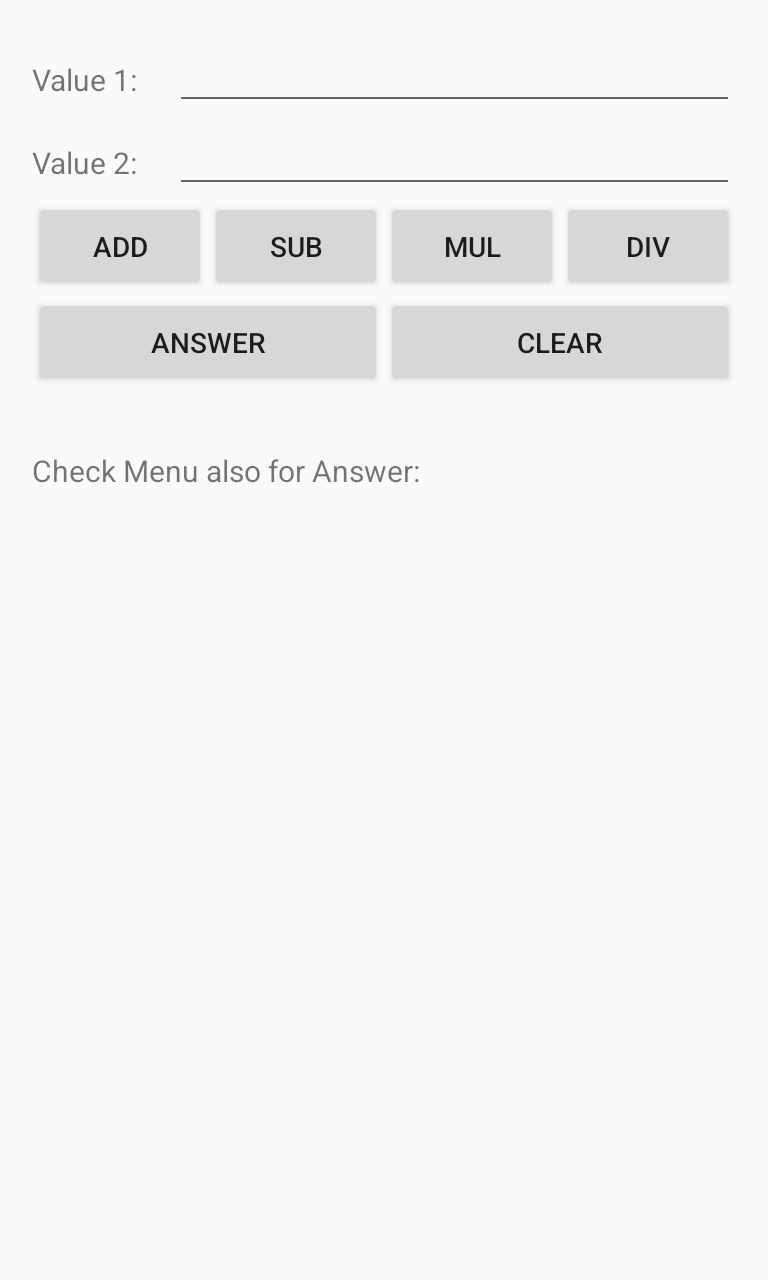
Repository: tamilkarun/Android
Layout: Calc/res/layout/fragment_main.xml
The author's editor kept a copy of each file at every save. The layout is drawn from the files as they stood at one save, then again after the next save.
It is drawn on a 768 x 1280 px phone screen (xhdpi) without system bars, with theme AppTheme; the app's code is not run.

Above is the layout before, as saved 2014-05-14 06:59:54.

After the next save:
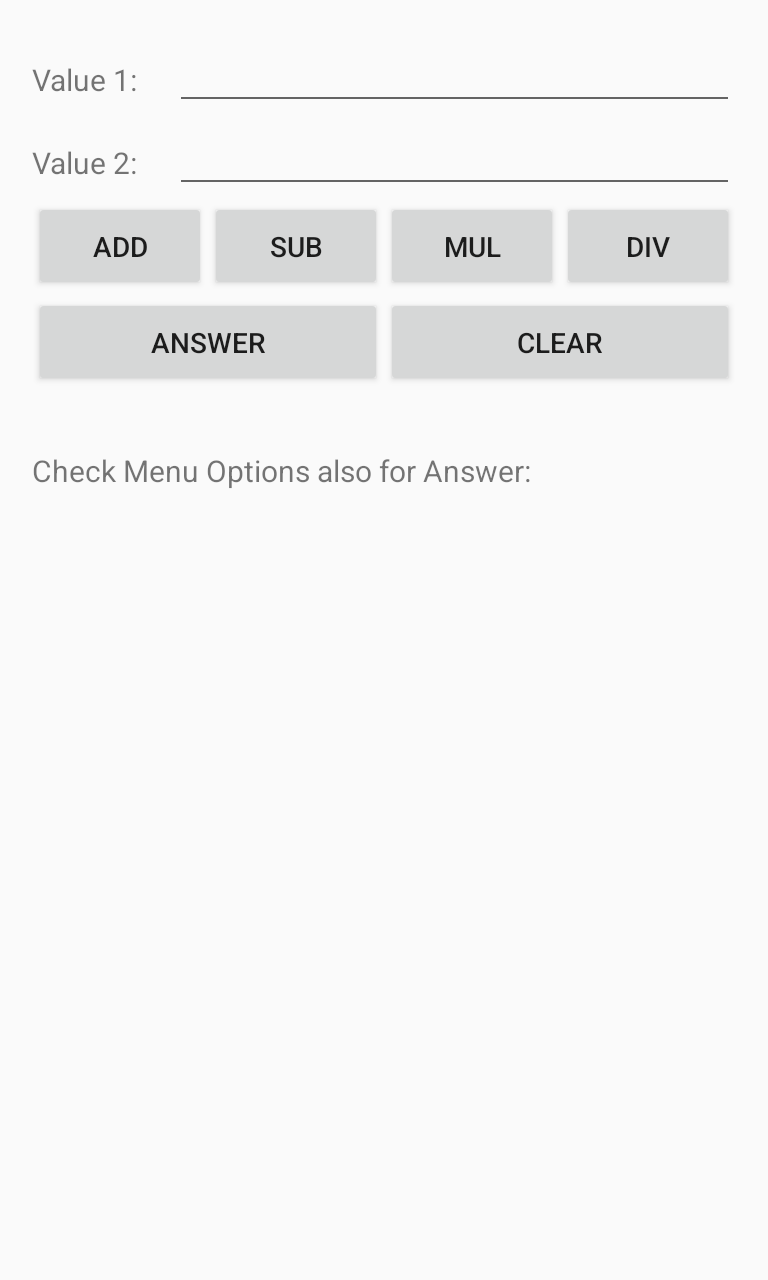
Saved 9 s later.
--- a/Calc/res/layout/fragment_main.xml
+++ b/Calc/res/layout/fragment_main.xml
@@ -121,7 +121,7 @@
             android:layout_marginTop="30dp"
             android:layout_width="fill_parent"
             android:layout_height="wrap_content"
-            android:text="Check Menu also for Answer: "
+            android:text="Check Menu Options also for Answer: "
             android:gravity="left"
             android:textSize="15dp" />
 
